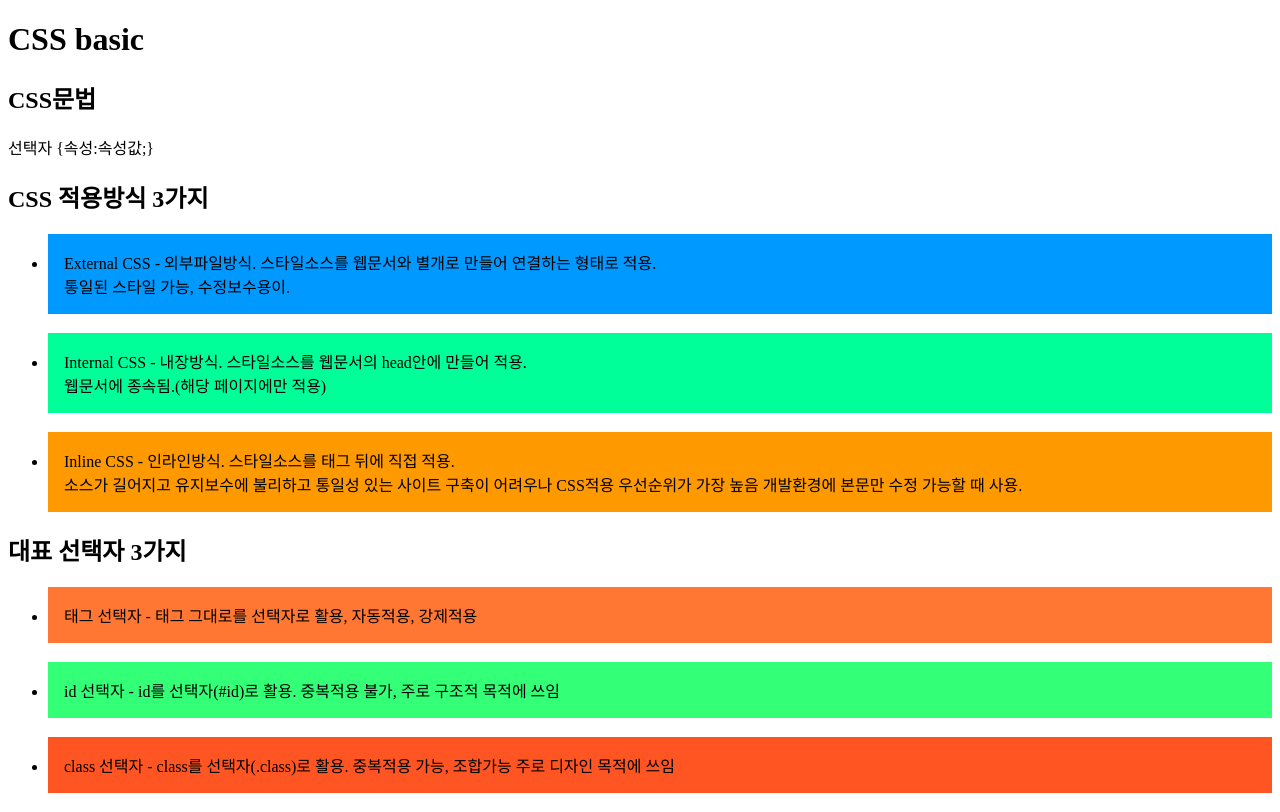
Repository: Git-Seokcoding/WEB
Page: CSS3/src/main/webapp/basic.html
These files come from the project's save history. The page is drawn as it stood at one moment and after the next save; the edit follows.
The browser window is 1280 px wide. The pictures show the whole page.

Above is the page before, as saved 2023-10-12 08:24:35.

### CSS3/src/main/webapp/basic.html
<!DOCTYPE html>
<html>
<head>
<meta charset="UTF-8">
<title>CSS basic</title>
	<link href="basic.css" rel="stylesheet">
	<!--external css방식-->

	<style type="text/css">
	/*internal css방식 */
		li {margin-bottom: 1.2em;
			/*줄간격조절*/
 			padding: 1em;
			/*줄크기조절*/
		}
		#in {background-color:#0f9;}
	</style>
</head>
<body>
	<h1>CSS basic</h1>
	<h2>CSS문법</h2>
	<p>선택자 {속성:속성값;}</p>

	<h2 class="hn-2">CSS 적용방식 3가지</h2>
	<ul>
		<li id="ex">External CSS
		- 외부파일방식. 스타일소스를 웹문서와 별개로 만들어 연결하는 형태로 적용. <br>
		  통일된 스타일 가능, 수정보수용이.</li>
		<li id="in">Internal CSS
		- 내장방식. 스타일소스를 웹문서의 head안에 만들어 적용.<br>
		  웹문서에 종속됨.(해당 페이지에만 적용)</li>
		<li style="background-color: #f90;">Inline CSS
		<!--Inline css방식 -->
		- 인라인방식. 스타일소스를 태그 뒤에 직접 적용. <br>
		  소스가 길어지고 유지보수에 불리하고 통일성 있는 사이트 구축이 어려우나 CSS적용 우선순위가 가장 높음
		  개발환경에 본문만 수정 가능할 때 사용.</li>
	</ul>

	<h2 class="hn-2">대표 선택자 3가지</h2>
	<ul>
	<li id="s-t">태그 선택자  - 태그 그대로를 선택자로 활용, 자동적용, 강제적용</li>
	<li id="s-i">id 선택자 - id를 선택자(#id)로 활용. 중복적용 불가, 주로 구조적 목적에 쓰임</li>
	<li id="s-c">class 선택자 - class를 선택자(.class)로 활용. 중복적용 가능, 조합가능 주로 디자인 목적에 쓰임</li>
	</ul>
</body>
</html>

### CSS3/src/main/webapp/basic.css
@charset "UTF-8";
#ex {background-color: #09f;}
#s-t {background-color: #f73;}
#s-i {background-color: #3f7;}
#s-c {background-color: #f52;}
.hn-2 {background-color: #fff;}

After the next save:
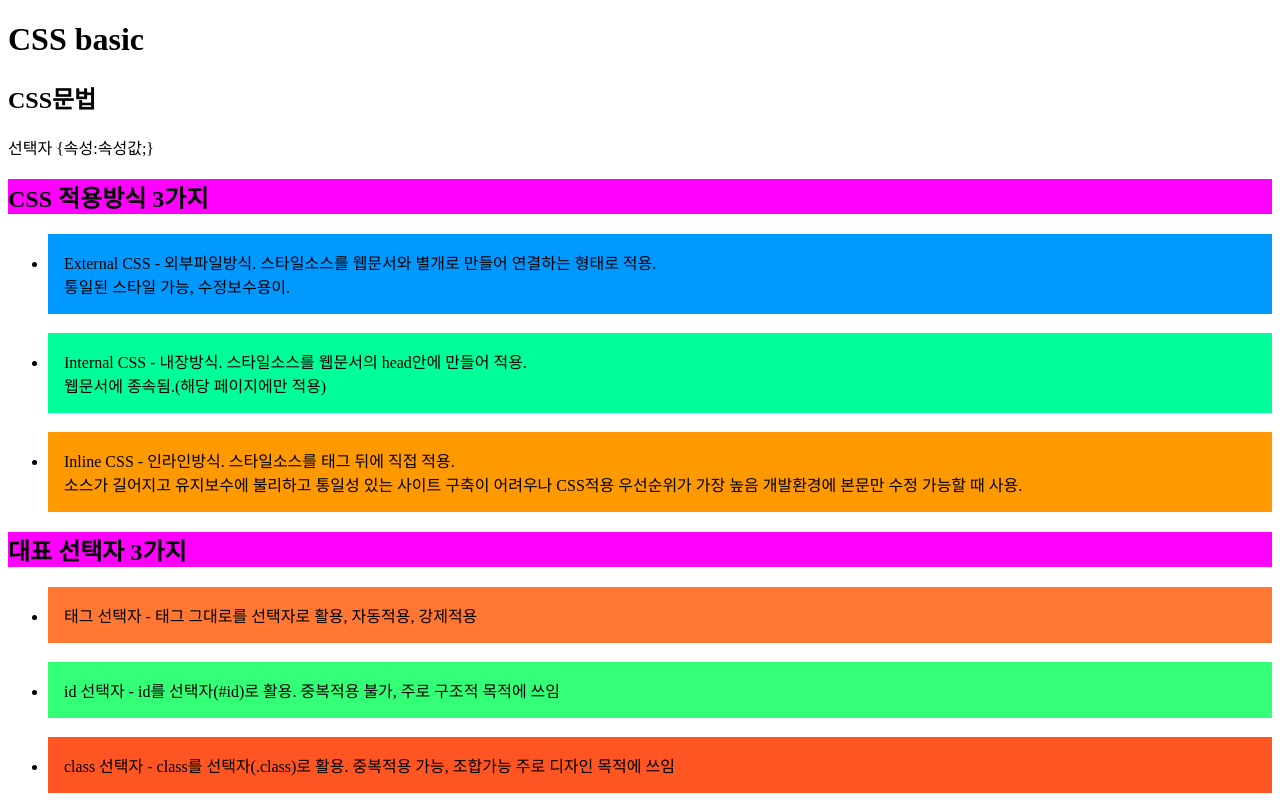
Saved 7 s later.
--- a/CSS3/src/main/webapp/basic.css
+++ b/CSS3/src/main/webapp/basic.css
@@ -3,4 +3,4 @@
 #s-t {background-color: #f73;}
 #s-i {background-color: #3f7;}
 #s-c {background-color: #f52;}
-.hn-2 {background-color: #fff;}
+.hn-2 {background-color: #f0f;}
